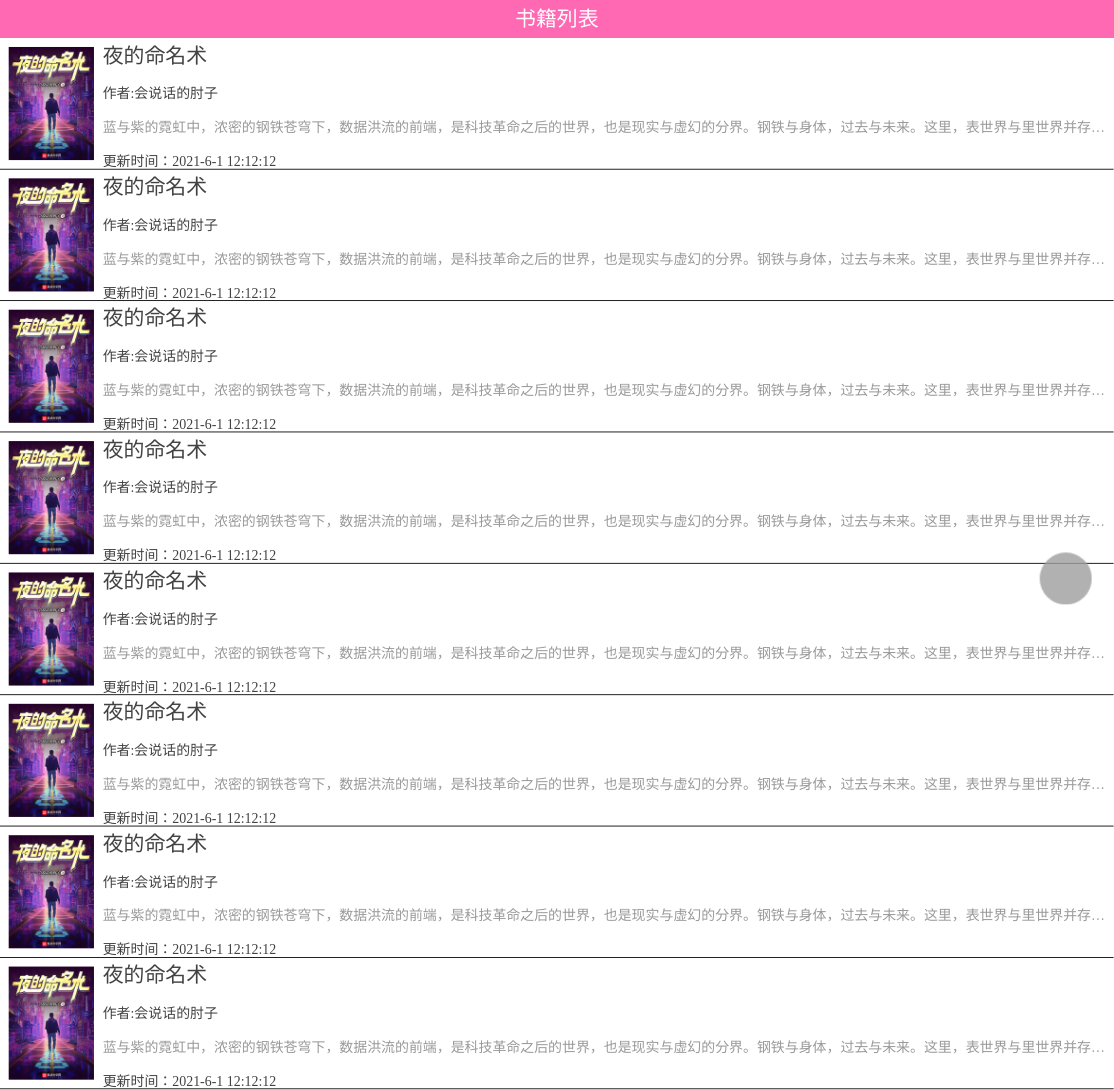
Repository: razzh7/javascript-demo
Page: 自动阅读插件/index.html
These files come from the project's save history. The page is drawn as it stood at one moment and after the next save; the edit follows.
The browser window is 1280 px wide. The pictures show the whole page, at 87% of full size.
The pointer rests on the first visible `.s-top-btn`.
Pictures or frames that could not be fetched are drawn as grey boxes.

Above is the page before, as saved 2021-06-29 14:12:08.

After the next save:
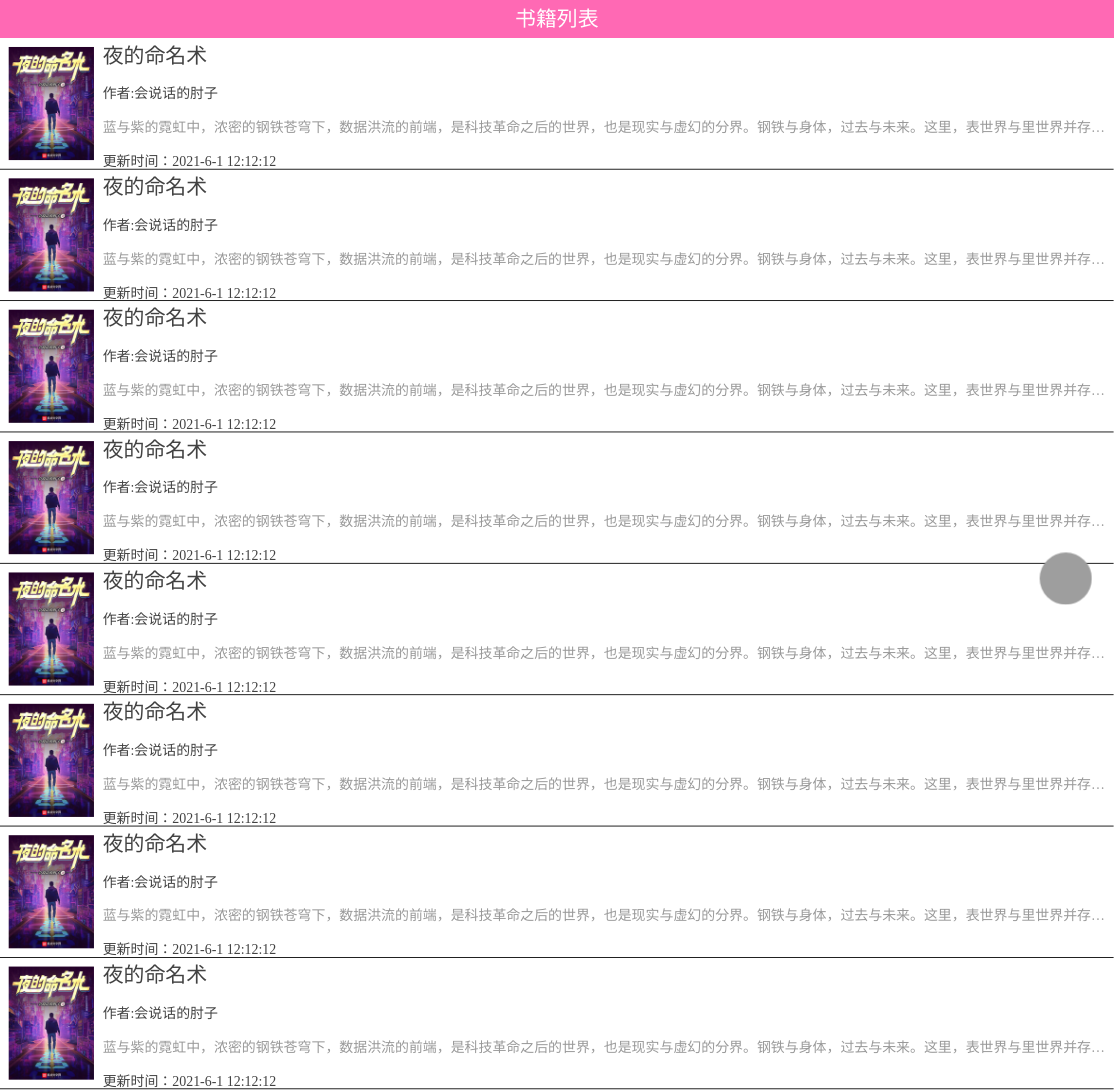
Saved 38 s later.
--- a/自动阅读插件/css/index.css
+++ b/自动阅读插件/css/index.css
@@ -64,3 +64,6 @@ white-space: nowrap */
   background: url(../img/rocket.jpg) no-repeat 0 0/100% 100%;
   opacity: .8;
 }
+.s-top-btn:hover {
+  opacity: 1;
+}
